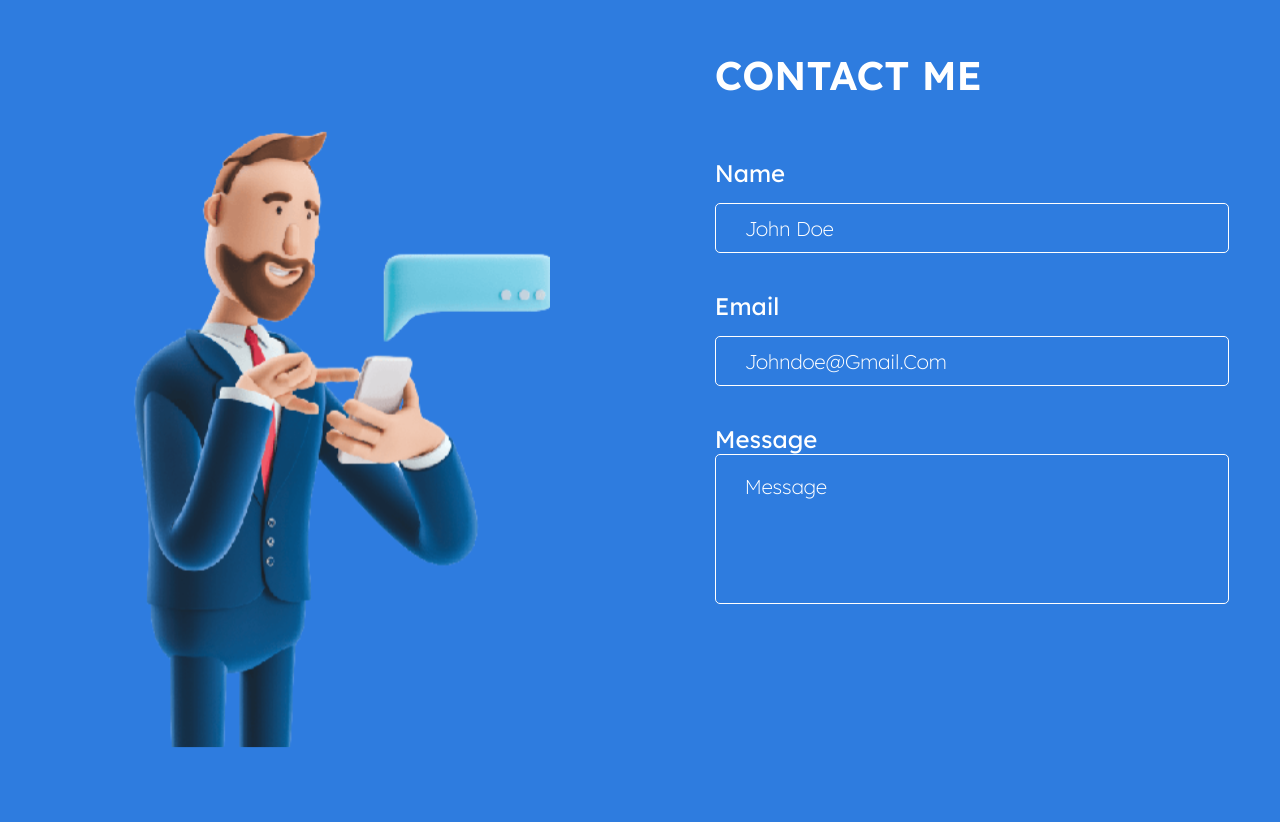
Repository: AytacJafarova/contact-task
Page: index.html
An editor plug-in stored every save of this project. The page is shown before and after the next save, followed by the edit.
The browser window is 1280 px wide. The pictures show the whole page.

Above is the page before, as saved 2023-09-05 14:51:18.

### index.html
<!DOCTYPE html>
<html lang="en">

<head>
    <meta charset="UTF-8">
    <meta name="viewport" content="width=device-width, initial-scale=1.0">
    <title>Document</title>
    <link rel="stylesheet" href="./index.css">
</head>

<body>
    <div class="container">
        <div class="img-area">
            <img src="./contactImages/cta-2-1-92c17b59fa88d0f37a14bacdde164b49-removebg-preview 1.svg" alt="">
        </div>
        <div class="contact-area">
            <h1>Contact me</h1>
            <form action="">
                <label for="">
                    Name
                    <input placeholder="John Doe" type="text" required />
                </label>
                <label for="">
                    Email
                    <input placeholder="johndoe@gmail.com" type="email" required />
                </label>
                <label for="">
                    Message
                    <textarea placeholder="Message" name="" id="" cols="30" rows="10"></textarea>
                </label>
            </form>
        </div>
    </div>
</body>

</html>

### index.css
@import url('https://fonts.googleapis.com/css2?family=Lexend:wght@200;400;600&display=swap');

* {
    padding: 0;
    margin: 0;
    box-sizing: border-box;
}

.container {
    padding: 50px 51px 70px 65px;
    min-height: 100vh;
    background: #2E7CDF;
    display: flex;
    justify-content: space-between;
}

.container .contact-area form {
    display: flex;
    flex-direction: column;
}

.container .contact-area .img-area img {
    width: 538px;
    height: 697.325px;
    flex-shrink: 0;
}

.container .contact-area h1 {
    color: #FFF;
    font-family: Lexend;
    font-size: 40px;
    font-style: normal;
    font-weight: 600;
    line-height: normal;
    text-transform: uppercase;
}

.container .contact-area form {
    margin-top: 20px;
}

.container .contact-area form label {
    color: #FFF;
    font-family: Lexend;
    font-size: 24px;
    font-style: normal;
    font-weight: 400;
    line-height: normal;
    text-transform: capitalize;
    margin-top: 38px;
}

.container .contact-area form input {
    height: 50px;
    width: 100%;
    padding: 13px 29px 12px 29px;
    align-items: center;
    flex-shrink: 0;
    border-radius: 5px;
    border: 1px solid #FFF;
    background: #2E7CDF;
    margin-top: 15px;
}

.container .contact-area form input::placeholder,
textarea::placeholder,
input,
textarea{
    color: #FFF;
font-family: Lexend;
font-size: 20px;
font-style: normal;
font-weight: 200;
line-height: normal;
text-transform: capitalize;
}
.container .contact-area form textarea {
    resize: none;
    width: 100%;
    height: 150px;
    padding: 19px 29px;
    align-items: center;
    flex-shrink: 0;
    border-radius: 5px;
    border: 1px solid #FFF;
    background: #2E7CDF;
}

After the next save:
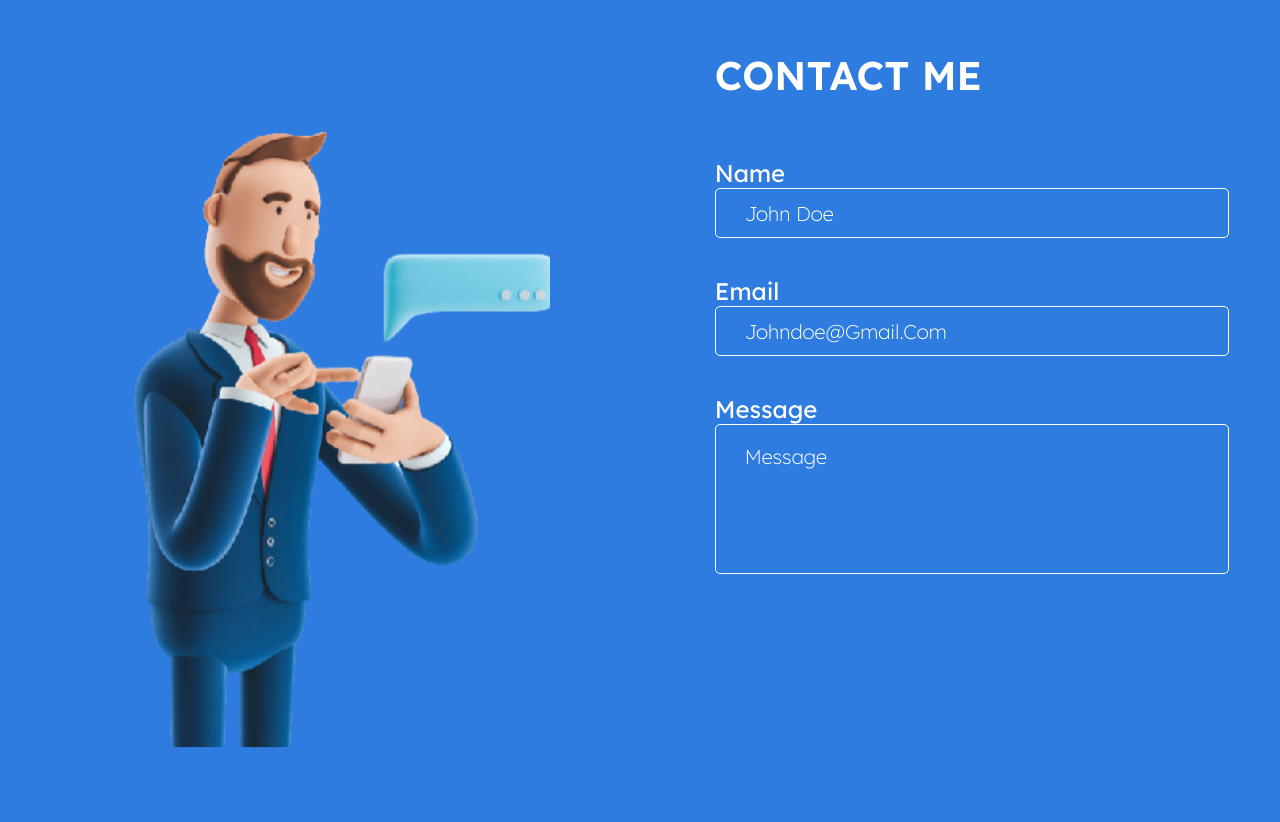
Saved 24 s later.
--- a/index.css
+++ b/index.css
@@ -59,7 +59,7 @@
     border-radius: 5px;
     border: 1px solid #FFF;
     background: #2E7CDF;
-    margin-top: 15px;
+
 }
 
 .container .contact-area form input::placeholder,

After the save that followed:
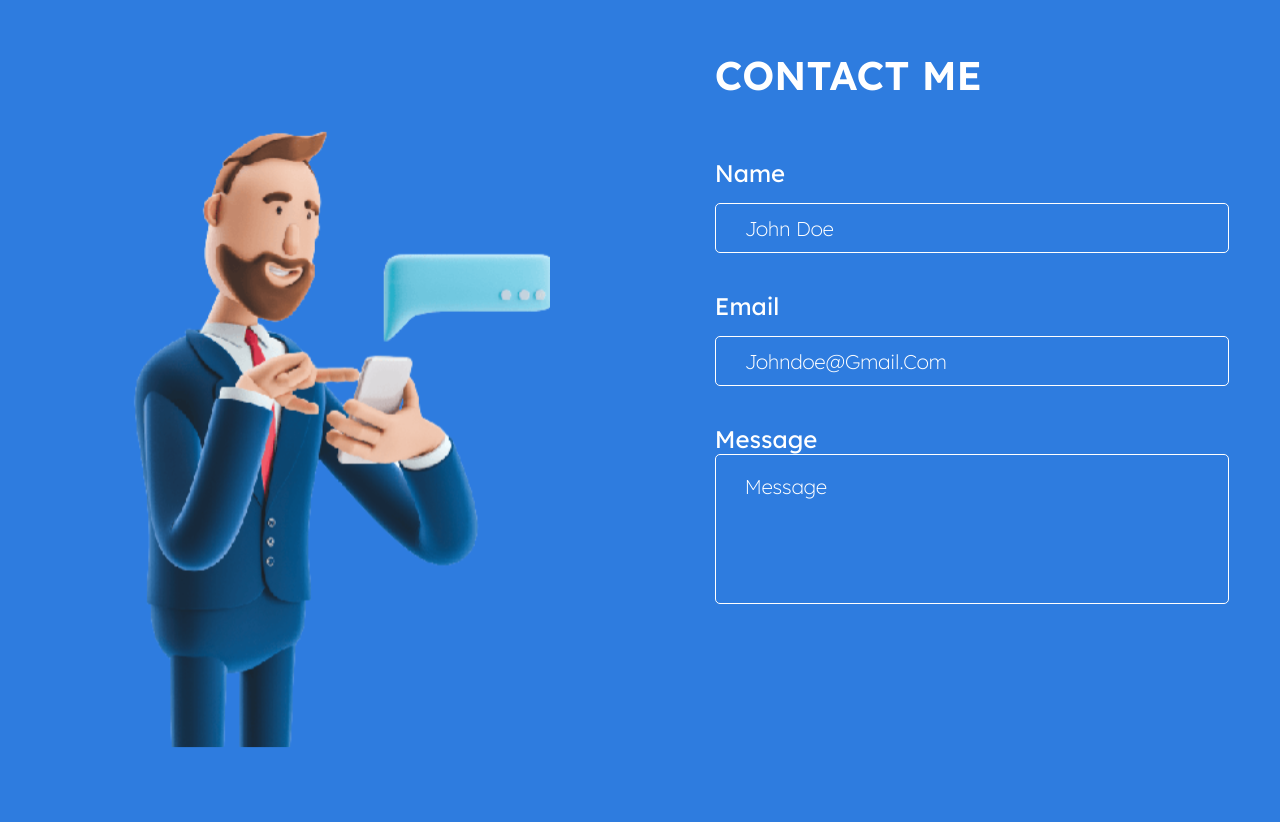
Saved 4 s later.
--- a/index.css
+++ b/index.css
@@ -54,6 +54,7 @@
     height: 50px;
     width: 100%;
     padding: 13px 29px 12px 29px;
+    margin-top: 15px;
     align-items: center;
     flex-shrink: 0;
     border-radius: 5px;
